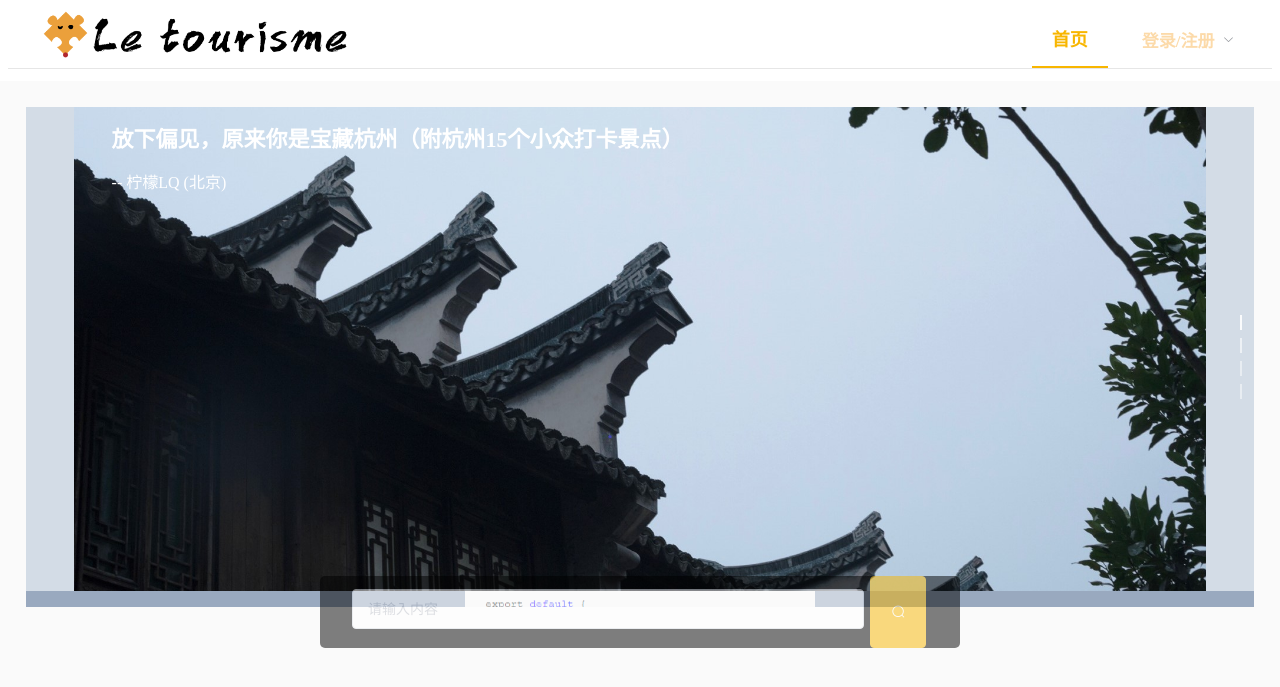
Repository: linxuerou0129/2020.08.31
Page: /
An editor plug-in stored every save of this project. The page is shown before and after the next save, followed by the edit.
The browser window is 1280 px wide. The pictures show the whole page.
The page's requests for data from a server got no answer. The project was rebuilt for these pictures with package versions that can differ from the ones it lists, and the page was loaded fresh each time. No one was signed in, and anything a server would have sent is missing.

Above is the page before, as saved 2020-09-01 01:21:27.

### src/main.js

import ElementUI from 'element-ui' //新添加
import '../theme/index.css' //新添加，避免后期打包样式不同，要放在import App from './App';之前

import Vue from 'vue'
import App from './App.vue'
import router from './router'

Vue.use(ElementUI)   //新添加

import axios from 'axios'
axios.defaults.withCredentials = true;

Vue.config.productionTip = false

new Vue({
  router,
  render: h => h(App)
}).$mount('#app')

import VDistpicker from 'v-distpicker'
Vue.component('v-distpicker', VDistpicker);

### src/App.vue
<template>
<div id="app">
<el-menu :default-active="$route.path" class="el-menu-demo" mode="horizontal" @select="handleSelect" text-color="#FCDAA9" active-text-color="#f8b600" router>
  <img src="./assets/logo.png" width="55" class="logo">
  <img src="./assets/tittle.png" width="270">
  <el-menu-item index="/" class="head1"><strong>首页</strong></el-menu-item>
  <el-submenu class="head3" v-if="login" index="/Edit">
    <template slot="title">
      <el-avatar :src="circleUrl"></el-avatar>
    </template>
    <el-menu-item index="/Edit">
      我的设置
    </el-menu-item>
    <el-menu-item index="/Publish">
      发布游记
    </el-menu-item>
    <el-menu-item index="/Published">
      个人中心
    </el-menu-item>
    <el-menu-item index="/MyCollect">
      我的收藏
    </el-menu-item>
    <el-menu-item index="/Message">
      消息中心
    </el-menu-item>
    <el-menu-item  @click="logout">
      退出
    </el-menu-item>
  </el-submenu>
  <el-submenu v-if="!login"  class="head4" index=1>
    <template slot="title">
      <strong>登录/注册</strong>
    </template>
    <el-menu-item @click="dialogFormVisible = true">
      注册
    </el-menu-item>
    <el-menu-item @click="loginFormShow = true">
      登录
    </el-menu-item>
  </el-submenu>
</el-menu>
<router-view></router-view>
<el-dialog title="注册" :visible.sync="dialogFormVisible">
  <el-form :model="formZhuce"  ref="formZhuce" status-icon :rules="rules">
    <el-form-item
      prop="email"
      label="邮箱"
      :rules="[
        { required: true, message: '请输入邮箱地址', trigger: 'blur' },
        { type: 'email', message: '请输入正确的邮箱地址', trigger: ['blur', 'change'] }
      ]"
    >
      <el-input v-model="formZhuce.email"></el-input>
      <el-button size="mini" @click="submitEmail" round>获取验证码</el-button>
    </el-form-item>
    <el-form-item label="验证码" prop="check">
      <el-input v-model="formZhuce.check"></el-input>
    </el-form-item>
    <el-form-item label="用户昵称" prop="name">
      <el-input v-model="formZhuce.name"></el-input>
    </el-form-item>
    <el-form-item label="密码" prop="pass">
      <el-input type="password" v-model="formZhuce.pass" autocomplete="off"></el-input>
    </el-form-item>
    <el-form-item label="确认密码" prop="checkPass">
      <el-input type="password" v-model="formZhuce.checkPass" autocomplete="off"></el-input>
    </el-form-item>
    <el-form-item>
      <el-button type="primary" @click="submitForm('formZhuce')">注册</el-button>
      <el-button @click="dialogFormVisible = false">取消</el-button>
    </el-form-item>
  </el-form>
</el-dialog>
<el-dialog title="登录" :visible.sync="loginFormShow">
  <el-form :model="formLogin"  ref="formLogin" status-icon :rules="rules">
    <el-form-item
      prop="email"
      label="邮箱"
      :rules="[
        { required: true, message: '请输入邮箱地址', trigger: 'blur' },
        { type: 'email', message: '请输入正确的邮箱地址', trigger: ['blur', 'change'] }
      ]"
    >
      <el-input v-model="formLogin.email"></el-input>
    </el-form-item>
    <el-form-item label="密码" prop="pass">
      <el-input type="password" v-model="formLogin.pass" autocomplete="off"></el-input>
    </el-form-item>
    <el-form-item>
      <a href="/Forget">忘记密码</a>
    </el-form-item>
    <el-form-item>
      <el-button type="primary" @click="loginIt('formLogin')">登录</el-button>
      <el-button @click="loginFormShow= false">取消</el-button>
    </el-form-item>
  </el-form>
</el-dialog>
</div>
</template>
<style>
    .el-menu--horizontal>.el-submenu .el-submenu__title {
        font-size: 17px;
    }
</style>
<style scoped>
.avatar-uploader {
    border: 1px dashed black;
    border-radius: 6px;
    cursor: pointer;
    position: relative;
    overflow: hidden;
    width: 178px;
    height: 178px;
  }
  .avatar-uploader-icon {
    font-size: 28px;
    color: #8c939d;
    width: 178px;
    height: 178px;
    line-height: 178px;
    text-align: center;
  }
  .avatar {
    width: 178px;
    height: 178px;
    display: block;
  }
.logo{
  position: fixed;
  top: 1%;
  left: 3%;
}
.head1{
  position: relative;
  left: 81%;
  font-size: 18px;
}
.head3{
  position: fixed;
  right:4.5%;
  top: 1.3%;
  font-size: 18px;
}
.head4{
  position: fixed;
  right: 2%;
  top: 1.5%;
  font-size: 18px!important;
}
</style>

<script>
import { Message } from 'element-ui';
import axios from 'axios'
export default {
    data() {
       var validatePass = (rule, value, callback) => {
        if (value === '') {
          callback(new Error('请输入密码'));
        } else {
          if (this.formZhuce.checkPass !== '') {
            this.$refs.formZhuce.validateField('checkPass');
          }
          callback();
        }
      };
      var validatePass2 = (rule, value, callback) => {
        if (value === '') {
          callback(new Error('请再次输入密码'));
        } else if (value !== this.formZhuce.pass) {
          callback(new Error('两次输入密码不一致!'));
        } else {
          callback();
        }
      };
      return {
        circleUrl: "http://106.75.157.168:5657/api/static/touxiang.png",
        activeIndex: '1',
        activeIndex2: '1',
        login:false,
        dialogFormVisible:false,
        loginFormShow:false,
        setFormShow:false,
        formZhuce: {
          email:'',
          pass:'',
          checkPass:'',
          name:'',
          check:''
        },
        formLogin:{
          email:'',
          pass:''
        },
        imageUrl: '',
        rules: {
          pass: [
            { validator: validatePass, trigger: 'blur' }
          ],
          checkPass: [
            { validator: validatePass2, trigger: 'blur' }
          ],
          check:[
            { required: true, message: '请输入验证码', trigger: 'blur'},
            { min: 4, max: 4, message: '长度为4个字符', trigger: 'blur' }
          ],
          name:[
            { required: true, message: '请输入用户昵称', trigger: 'blur' },
            { min: 4, max: 16, message: '长度在 4 到 16 个字符', trigger: 'blur' }
          ],
        }
      };
    },
    methods: {
      handleSelect(key, keyPath) {
        console.log(key, keyPath);
      },
      submitForm(formName) {
        this.$refs[formName].validate((valid) => {
          if (valid) {
              axios.post('http://106.75.157.168:5657/api/register', {
                register_email: this.formZhuce.email,
                register_name:this.formZhuce.name,
                register_password:this.formZhuce.pass,
                register_code:this.formZhuce.check
              })
            .then((response) =>{
              console.log(response.data);
              if(response.data.status=="success"){
                this.dialogFormVisible = false;
                Message.success('注册成功');
              }
              else{
                Message.error(response.data.status)
              }
            })
            .catch(function (error) {
              console.log(error);
            });
          }
          else {
            console.log('error submit!!');
            return false;
          }
        });
      },
      submitEmail(){
        var reg = /^[a-zA-Z0-9]+@[a-z0-9]{2,5}\.[a-z]{2,3}(\.[a-z]{2,3})?$/;
        var result = reg.test(this.formZhuce.email);
        if(this.formZhuce.email==''){
          this.$message({
                    message: '邮箱不可为空',
                    type: 'warning'
                });
        }
        else if(!result){
          this.$message({
                    message: '邮箱输入有误',
                    type: 'warning'
                });
        }
        else{
          axios.post('http://106.75.157.168:5657/api/send_email', {
              email: this.formZhuce.email,
              type:6
            })
          .then((response)=> {
            console.log(response.data);
            Message.success('发送成功，请注意查收')
          })
          .catch(function (error) {
            console.log(error);
          });
        }
      },
      loginIt(formName) {
        this.$refs[formName].validate((valid) => {
          if (valid) {
            axios.post('http://106.75.157.168:5657/api/login_user', {
                login_id: this.formLogin.email,
                login_password:this.formLogin.pass
              })
            .then((response) =>{
              console.log(response.data);
              if(response.data.status=="success"){
                this.loginFormShow=false;
                this.login=true;
                Message.success('登录成功');
                location.href="/";
              }
              else{
                Message.error('登录失败，请重新登录');
              }
            })
            .catch(function (error) {
              console.log(error);
            });
          }
          else {
            console.log('error submit!!');
            return false;
          }
        });
      },
      logout(){
        axios.get('http://106.75.157.168:5657/api/logout_user')
            .then((response)=>{
              console.log(response.data);
              this.login=false;
              location.href="/";
              Message.success('退出成功');
            })
            .catch(function(error){
                console.log(error);
            });
      },
    },
    watch:{
      login:function(val,oldVal){
           if(val==true){
             axios({
              url:'http://106.75.157.168:5657/api/getinfo2',
	            method: 'get'
            })
            .then((response)=>{
                 console.log(response.data);
                this.circleUrl="http://106.75.157.168:5657/api"+response.data.头像;
            })
            .catch(function(error){
                console.log(error);
            });
           }
        }
    },
    mounted(){
      axios({
            url:'http://106.75.157.168:5657/api/getinfo2',
	            method: 'get'
            })
            .then((response)=>{
                 console.log(response.data);
                this.login=true
                this.circleUrl="http://106.75.157.168:5657/api"+response.data.头像;
                console.log("http://106.75.157.168:5657/api"+response.data.头像)
            })
            .catch(function(error){
                console.log(error);
            });
    }
  }
</script>

### src/router/index.js
import Vue from 'vue'
import VueRouter from 'vue-router'
import Home from '../views/Home.vue'

Vue.use(VueRouter)

  const routes = [
  {
    path: '/',
    name: 'Home',
    component: Home
  },
  {
    path: '/Edit',
    name: 'Edit',
    component: () => import(/* webpackChunkName: "about" */ '../views/Edit.vue')
  },
  {
    path: '/Published',
    name: 'Published',
    component: () => import(/* webpackChunkName: "about" */ '../views/Published.vue')
  },
  {
    path: '/MyCollect',
    name: 'MyCollect',
    component: () => import(/* webpackChunkName: "about" */ '../views/MyCollect.vue')
  },
  {
    path: '/Message',
    name: 'Message',
    component: () => import(/* webpackChunkName: "about" */ '../views/Message.vue')
  },
  {
    path: '/Forget',
    name: 'Forget',
    component: () => import(/* webpackChunkName: "about" */ '../views/Forget.vue')
  },
  {
    path: '/Publish',
    name: 'Publish',
    component: () => import(/* webpackChunkName: "about" */ '../views/Publish.vue')
  },
  {
    path: '/Show',
    name: 'Show',
    component: () => import(/* webpackChunkName: "about" */ '../views/Show.vue')
  },
  {
    path: '/Search',
    name: 'Search',
    component: () => import(/* webpackChunkName: "about" */ '../views/Search.vue')
  },
]

const router = new VueRouter({
  mode: 'history',
  base: process.env.BASE_URL,
  routes
})

export default router

### src/views/Home.vue
<template>
  <div class="content">
    <div class="carousel">
      <el-carousel :interval="5000" direction="vertical" height="500px">
      <el-carousel-item>
        <div class="head">
          <strong>放下偏见，原来你是宝藏杭州（附杭州15个小众打卡景点）</strong>
          <p style="font-size: 16px;">-- 柠檬LQ (北京) </p>
        </div>
        <img class="photo" src="../assets/test1.jpg">
      </el-carousel-item>
      <el-carousel-item>
        <img class="photo" src="../assets/1.png">
      </el-carousel-item>
      <el-carousel-item>
      </el-carousel-item>
      <el-carousel-item>
      </el-carousel-item>
    </el-carousel>
    </div>
    <div class="search">
      <el-input
        placeholder="请输入内容"
        v-model="input"
        clearable class="input">
      </el-input>
      <el-button type="primary" icon="el-icon-search" style="margin-left:6%"></el-button>
    </div>
  </div>
</template>

<script>
// @ is an alias to /src
export default {
  data(){
        return{
            input:''
        }
    },
}
</script>

<style scoped>
.input{
  width: 80%;
  left: 5%;
  top: 18%;
}
.search{
  position: fixed;
  height: 10%;
  width: 50%;
  background-color: black;
  z-index: 9999;
  opacity: 50%;
  top: 80%;
  left: 25%;
  border-radius: 5px;
   display: -webkit-flex; /* Safari */
  display: flex;
    flex-direction: row;
}
.photo{
  z-index: 9;
  width: auto;
  height: 100%;
  display: table;
            margin: 0 auto;
}
.head{
  z-index: 999;
    position: absolute;
  color: white;
  font-size: 22px;
  left: 7%;
  top: 6%;
}
.carousel{
  position: relative;
  top: 4%;
  width: 96%;
  left: 2%;
  z-index: 9;
}
.content{
    width: 100%;
   top: 11.3%;

    bottom:0;

    position:fixed;

    overflow-y:scroll;

    overflow-x:hidden;
  right: 0;
  background-color:#FAFAFA;
}
.el-carousel__item h3 {
    color: #475669;
    font-size: 18px;
    opacity: 0.75;
    line-height: 300px;
    margin: 0;
  }
  .el-carousel__item:nth-child(2n) {
    background-color: #99a9bf;
  }

  .el-carousel__item:nth-child(2n+1) {
    background-color: #d3dce6;
  }
</style>

Loaded but not shown: public/index.html (common file); theme/index.css (library)

After the next save:
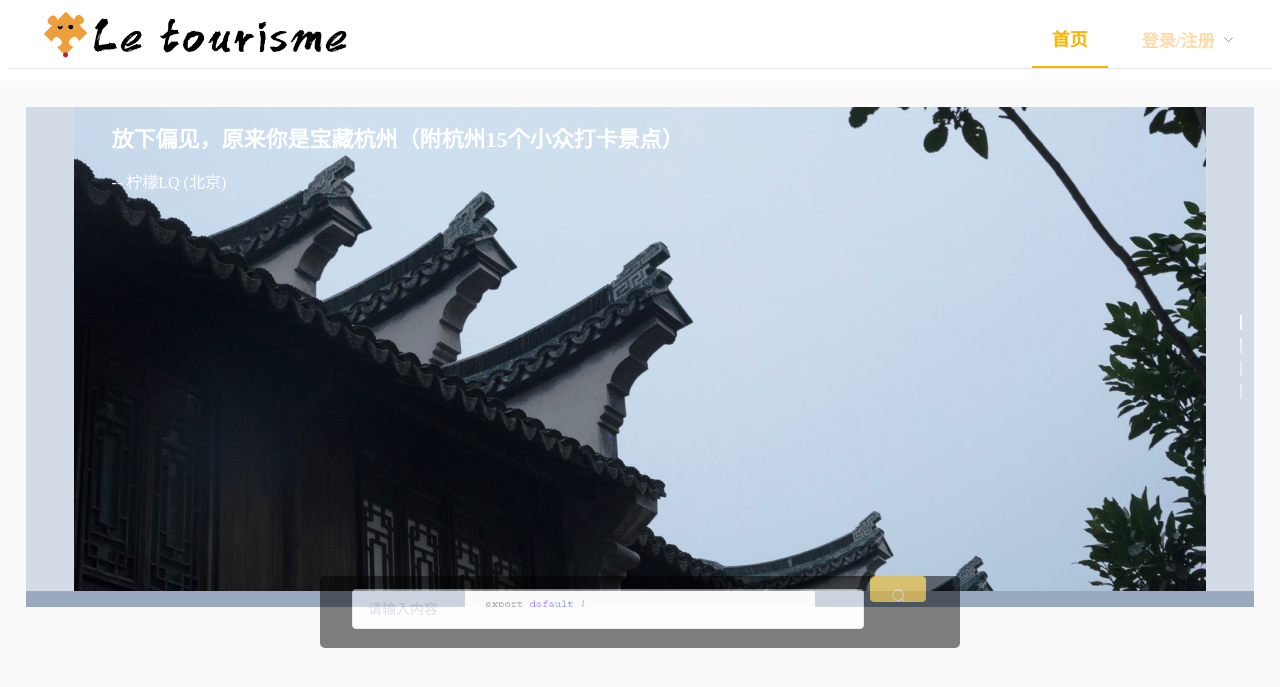
Saved 19 s later.
--- a/src/views/Home.vue
+++ b/src/views/Home.vue
@@ -24,7 +24,7 @@
         v-model="input"
         clearable class="input">
       </el-input>
-      <el-button type="primary" icon="el-icon-search" style="margin-left:6%"></el-button>
+      <el-button type="primary" icon="el-icon-search" style="margin-left:6%;height:20px"></el-button>
     </div>
   </div>
 </template>
